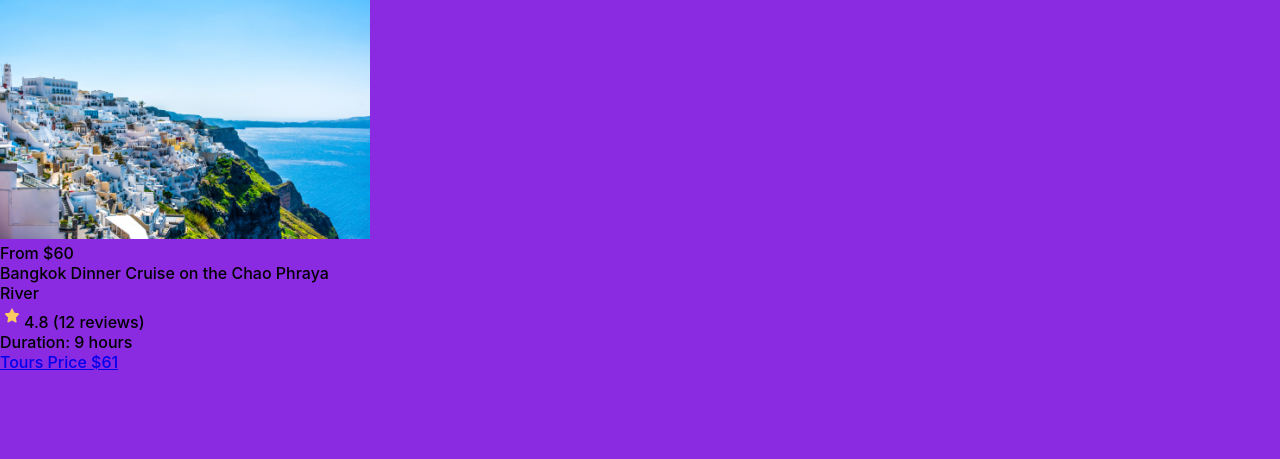
Repository: nguyentuankiet-k61/K_IT-demo
Page: index.html
An editor plug-in stored every save of this project. The page is shown before and after the next save, followed by the edit.
The browser window is 1280 px wide. The pictures show the whole page.
Some web fonts or font styles are not loaded; a fallback is used.

Above is the page before, as saved 2022-09-25 12:18:02.

### index.html
<!DOCTYPE html>
<html lang="en">
<head>
    <meta charset="UTF-8">
    <meta http-equiv="X-UA-Compatible" content="IE=edge">
    <meta name="viewport" content="width=device-width, initial-scale=1.0">
    <title>HTML CSS Master</title>
    <link rel = "preconnect" href = "https://fonts.googleapis.com">
    <link rel = "preconnect" href = "https://fonts.gstatic.com" crossorigin>
    <link href = "https: //fonts.googleapis.com/css2? family = Inter: wght @ 500; 600 & display = swap "rel =" stylesheet ">
    <link rel="stylesheet" href="./CSS/app.css">
</head>
<body>
 <div class="">
    <div class="Tours">
        <!-- <div class="Tours_top">
            <img src="./image/img1.png" alt="this_is_image"/>From $40
        </div>
        <div class="Tours_content">

            <div class="Tours_titlle">Thailands Ayutthaya Temples
                Cruise from Bangkok</div>

            <div class="Tours_ratting">
                <div class="Tours_review">
                    <div class="Tours_review_count">
                        <img src="./image/img-star.png" alt="tours-ratting"/>4.8 (12 reviews)
                    </div>
                    <div class="Tours_Duration">Duration: 9 hours</div>
                </div>
            </div>
            <a href="https://www.facebook.com/kutooo" target="_blank"
            rel="noopener noreferrer" class="Tours-botton">Tours Price $61</a></br>
        <div class="Tours_top">
            <img src="./image/img1.png" alt="this_is_image"/>From $70
        </div>
        <div class="Tours_content">
            <div class="Tours_titlle">
                FLoating Markets Day Trip from
                Bangkok
            </div>
            <div class="Tours_ratting">
                <div class="Tours_review_count">
                    <img src="./image/img-star.png" alt="tours-ratting"/>4.8 (12 reviews)

                </div>
                <div class="Tours_Duration">
                    Duration: 9 hours
                </div>
            </div>
            <a href="https://www.facebook.com/kutooo" target="_blank"
            rel="noopener noreferrer"
            class="Tours_botton">Tours Price $61</a></br>
        </div>
        </div> -->
        <div class="Tours_top">
            <img src="./image/img3.png" alt="this_is_image"/>From $60
             <div class="Tours_content">
                <div class="Tours_titlle">
                    Bangkok Dinner Cruise on the
                    Chao Phraya River
                </div>
                <div class="Tours_ratting">
                    <div class="Tours_review_count">
                        <img src="./image/img-star.png" alt="tours-ratting"/>4.8 (12 reviews)

                    </div>
                    <div class="Tours_Ducatiom">
                        Duration: 9 hours
                    </div>
                </div>
               <a href="https://www.facebook.com/kutooo" target="_blank"
               rel="noopener noreferrer"
               class="Tours_botton">Tours Price $61</a>
            </div>
        </div>
    </div>
 </div>
</body>
</html>

### CSS/app.css
*{
    margin: 0;
    padding: 0;
    box-sizing: border-box;
}
body{
    font-family: 'Inter', sans-serif;
    font-weight: 500;
    background-color: blueviolet;
}
.Tours{
    width: 370px;
    height: 420px;
}

After the next save:
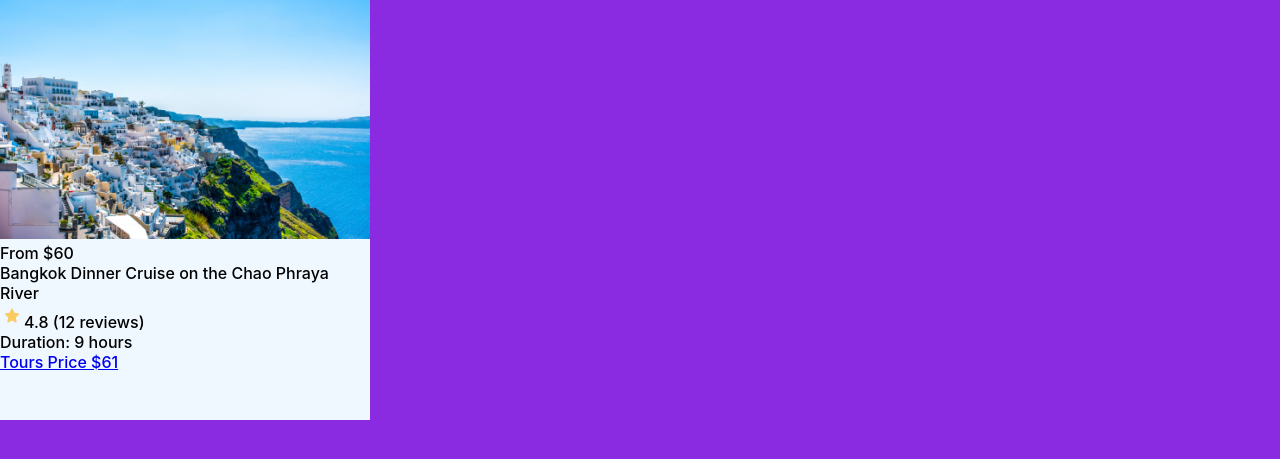
Saved 107 s later.
--- a/CSS/app.css
+++ b/CSS/app.css
@@ -11,4 +11,5 @@ body{
 .Tours{
     width: 370px;
     height: 420px;
+    background-color: aliceblue;
 }
